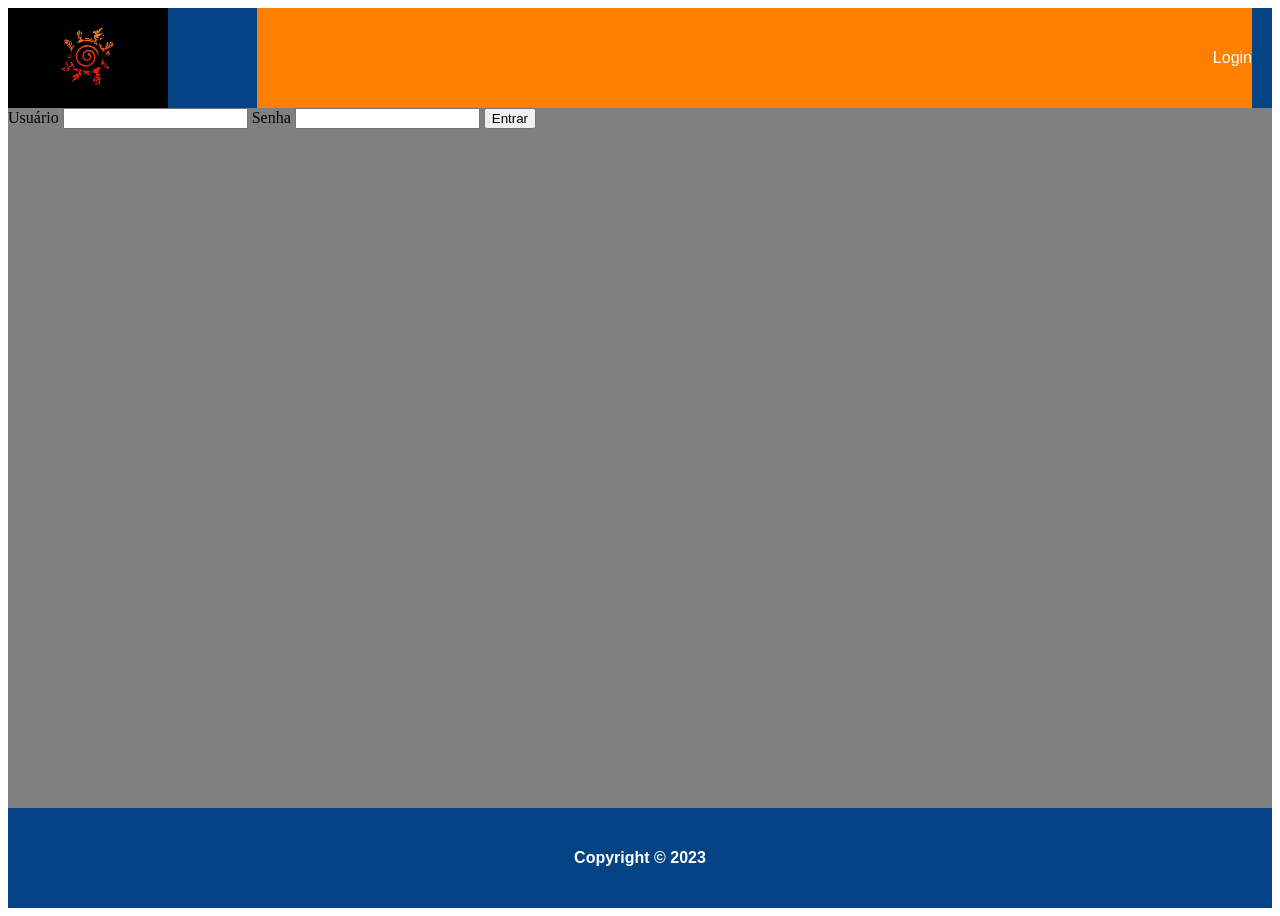
Repository: Jvmferreira/projeto-final-
Page: http://localhost/FinalWeb/
The author's editor kept a copy of each file at every save. The page is drawn from the files as they stood at one save, then again after the next save.
The browser window is 1280 px wide. The pictures show the whole page.
The page is served by Tomcat 9. Other server files are loaded and not shown.

Above is the page before, as saved 2023-04-11 11:31:16.

### FinalWeb/src/main/webapp/index.jsp
<!DOCTYPE html>
<html>
	<head>
		<meta charset="ISO-8859-1">
		<title>Projeto Final - Web + Banco de Dados</title>

		<link href="css/estilo.css" rel="stylesheet">
	</head>
	<body>
		<div id="pagina">
			<div id="barra">
				<div id="logo"><img src="images/logo de anime.png" height="100px"></div>
				<div id="menu">Login</div>
			</div>
			<div id="conteudo">
				<form method="post" action="LoginServlet">
					<label>Usuário</label>
					<input type="text" id="txtUsuario" name="txtUsuario"/>
					<label>Senha</label>
					<input type="password" id="txtSenha" name="txtSenha"/>
					<input type="submit" value="Entrar">
				</form>
			</div>
			<div id="rodape">Copyright &copy 2023</div>
		</div>
	</body>
</html>

### FinalWeb/src/main/webapp/css/estilo.css

#pagina {
	background-color: white;
}

#barra {
	display: flex;
	width: 100%;
	background-color: #044384;
}

#logo {
	display: flex;
	width: 20%;
}

#menu {
	display: flex;
	width: 80%;
	background-color: rgb(255, 128, 0);
	color: white;
	font-family: Arial;
	align-items: center;
	justify-content: right;
	margin-right: 20px;
}

#conteudo {
	display: flex;
	height: 700px;
	background-color: gray;
}

#rodape {
	display: flex;
	height: 100px;
	background-color: #044384;
	color: white;
	justify-content: center;
	font-family: Arial;
	font-weight: bold;
	align-items: center;
}

After the next save:
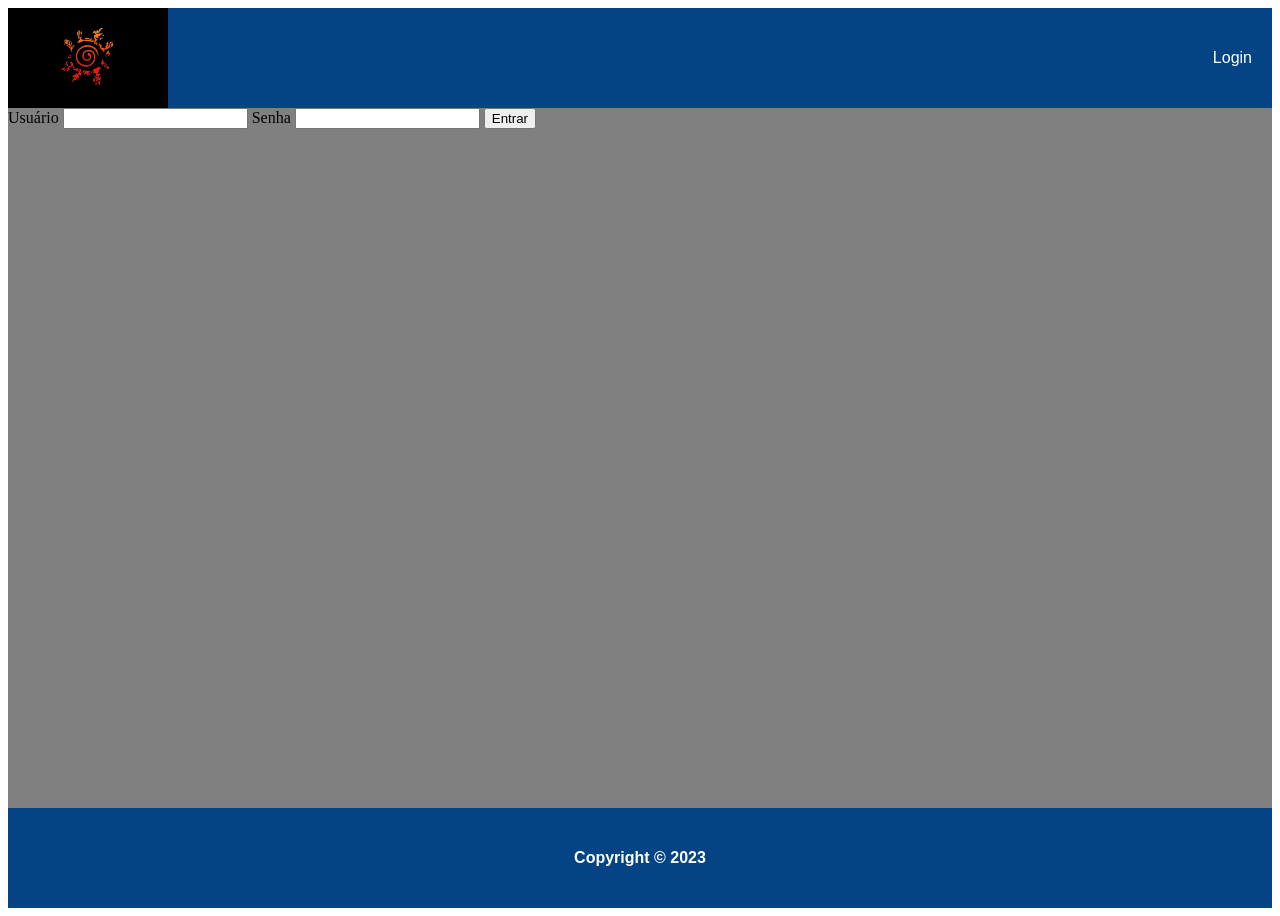
Saved 22 s later.
--- a/FinalWeb/src/main/webapp/css/estilo.css
+++ b/FinalWeb/src/main/webapp/css/estilo.css
@@ -17,7 +17,7 @@
 #menu {
 	display: flex;
 	width: 80%;
-	background-color: rgb(255, 128, 0);
+	background-color: #044384;
 	color: white;
 	font-family: Arial;
 	align-items: center;
